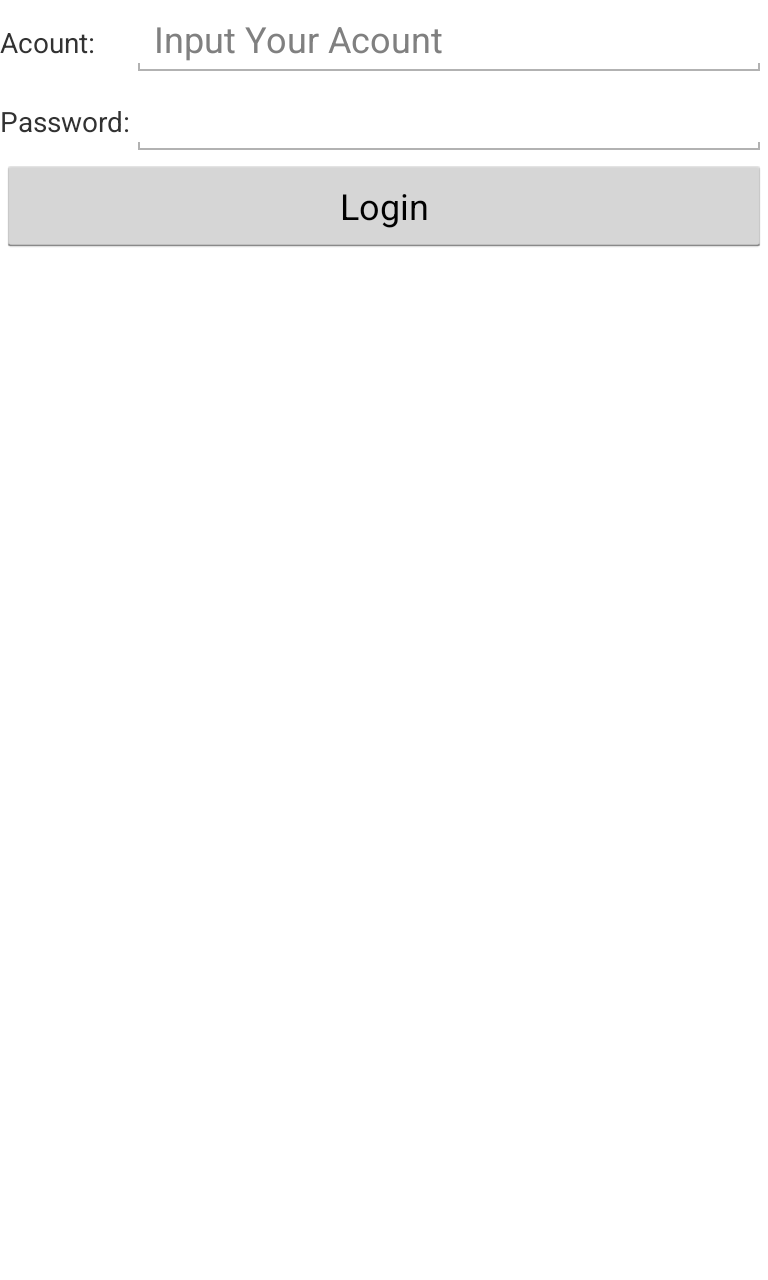
Repository: Ollyder/eclipse_work
Layout: TableLayout/res/layout/activity_main.xml
These files come from the project's save history. The layout is drawn as it stood at one moment and after a run of saves; the edit follows.
It is drawn on a 768 x 1280 px phone screen (xhdpi) without system bars, with theme AppTheme; the app's code is not run.

Above is the layout before, as saved 2017-05-28 04:54:55.

### TableLayout/res/layout/activity_main.xml
<TableLayout xmlns:android="http://schemas.android.com/apk/res/android"
    android:layout_width="match_parent"
    android:layout_height="match_parent"
    android:stretchColumns="1">

    <TableRow>

        <TextView
            android:id="@+id/text_view"
            android:layout_height="wrap_content"
            android:text="Acount:" />

        <EditText
            android:id="@+id/edit_text"
            android:layout_height="wrap_content"
            android:hint="Input Your Acount" />
    </TableRow>

    <TableRow >
        <TextView
            android:id="@+id/text_view2"
            android:layout_height="wrap_content"
            android:text="Password:" />

        <EditText
            android:id="@+id/edit_text2"
            android:layout_height="wrap_content"
            android:layout_gravity="top"
            android:inputType="textPassword" />

    </TableRow>

    <TableRow >
        <Button
            android:id="@+id/button1"
            android:layout_height="wrap_content"
            android:layout_span="2"
            android:text="Login"/>
    </TableRow>
</TableLayout>

### TableLayout/res/layout/title.xml
<?xml version="1.0" encoding="utf-8"?>
<LinearLayout xmlns:android="http://schemas.android.com/apk/res/android"
    android:layout_width="match_parent"
    android:layout_height="wrap_content"
    android:background="#66ccff"

     >

    <Button
        android:id="@+id/title_button1"
        android:layout_width="wrap_content"
        android:layout_height="wrap_content"
        android:layout_gravity="center"
        android:layout_margin="5dip"
        android:background="#000000"
        android:textColor="#ffffff"
        android:text="Back" />

    <TextView
        android:id="@+id/title_text_view1"
        android:layout_width="wrap_content"
        android:layout_height="wrap_content"
        android:layout_margin="5dip"
        android:layout_gravity="center"
        android:background="#000000"
        android:textColor="#ffffff"
        android:text="Title" />

    <Button
        android:id="@+id/title_button2"
        android:layout_width="wrap_content"
        android:layout_height="wrap_content"
        android:layout_margin="5dip"
        android:background="#000000"
        android:text="Edit"
        android:layout_gravity="center"
        android:textColor="#ffffff" />

</LinearLayout>

Loaded but not shown: TableLayout/res/values/styles.xml (common file); TableLayout/res/values-v11/styles.xml (common file); TableLayout/res/values-v14/styles.xml (common file)

After the next 2 saves:
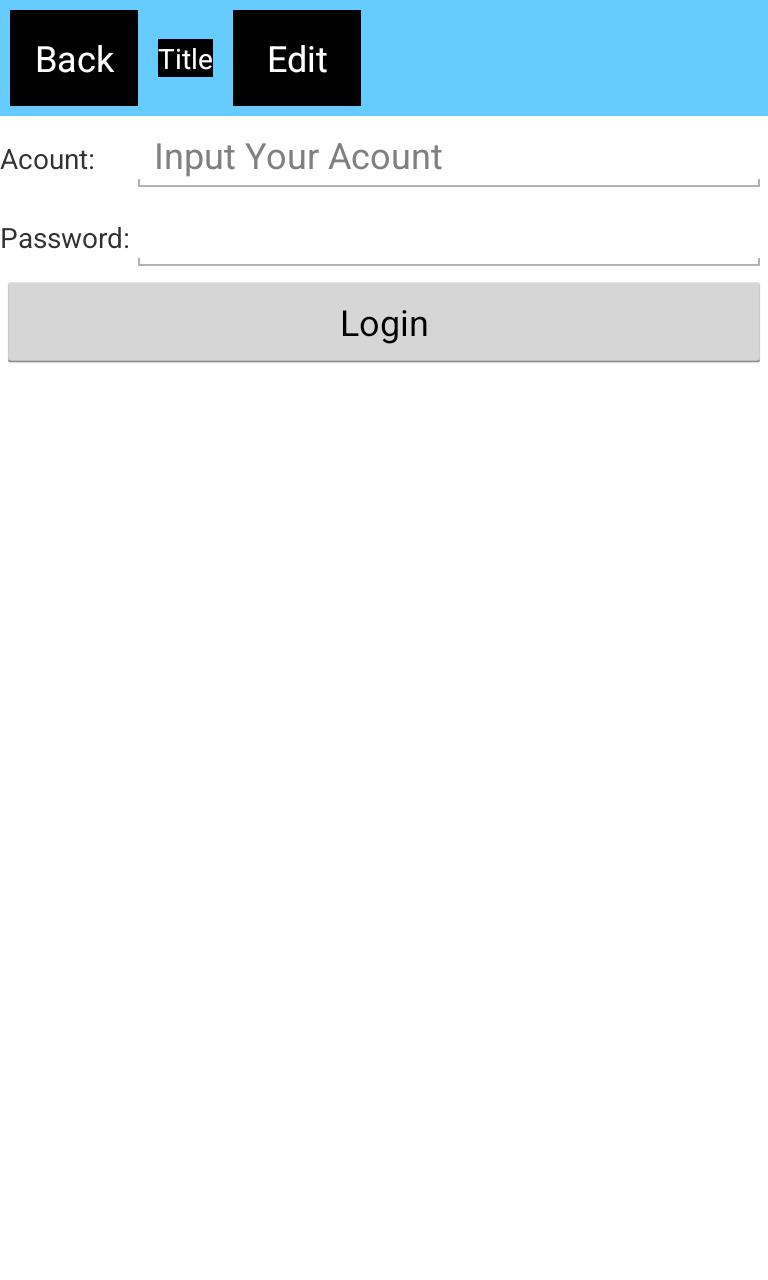
The 2 saves are shown as one change because 1 did not build or start.
The last was saved 44 s later.
--- a/TableLayout/res/layout/activity_main.xml
+++ b/TableLayout/res/layout/activity_main.xml
@@ -2,6 +2,7 @@
     android:layout_width="match_parent"
     android:layout_height="match_parent"
     android:stretchColumns="1">
+    <include layout="@layout/title" />
 
     <TableRow>
 
